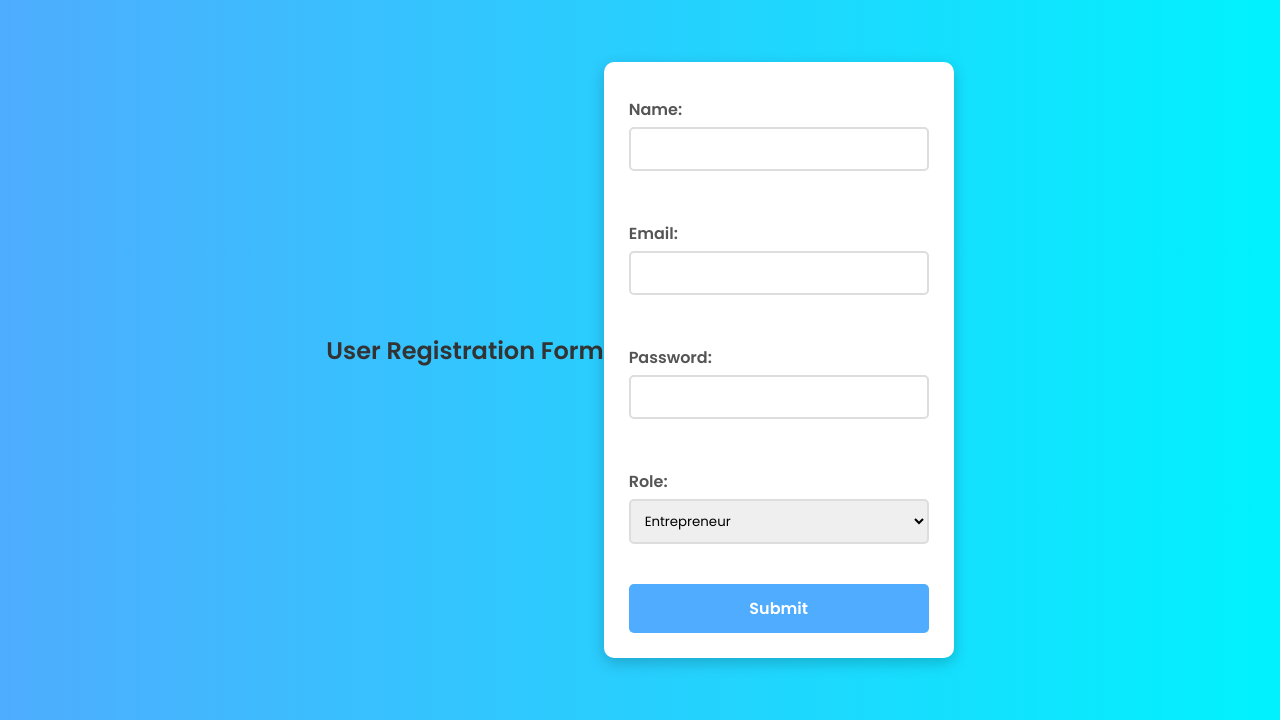
Repository: LOGANATHANTECH/single-window-approval-system
Page: singlewindow/singlewindow/src/main/webapp/testligin.html
These files come from the project's save history. The page is drawn as it stood at one moment and after the next save; the edit follows.
The browser window is 1280 px wide. The pictures show the whole page.

Above is the page before, as saved 2025-03-16 17:51:12.

### singlewindow/singlewindow/src/main/webapp/testligin.html
<!DOCTYPE html>
<html lang="en">
<head>
    <meta charset="UTF-8">
    <meta name="viewport" content="width=device-width, initial-scale=1.0">
    <title>User Registration</title>
    <style>
        /* Import Google Font */
@import url('https://fonts.googleapis.com/css2?family=Poppins:wght@300;400;600&display=swap');

* {
    margin: 0;
    padding: 0;
    box-sizing: border-box;
    font-family: 'Poppins', sans-serif;
}

body {
    background: linear-gradient(to right, #4facfe, #00f2fe);
    display: flex;
    justify-content: center;
    align-items: center;
    height: 100vh;
}

/* Form Container */
form {
    background: #ffffff;
    padding: 25px;
    border-radius: 10px;
    box-shadow: 0px 5px 15px rgba(0, 0, 0, 0.2);
    width: 350px;
    text-align: center;
}

/* Form Heading */
h2 {
    margin-bottom: 20px;
    color: #333;
    font-weight: 600;
}

/* Input Fields */
label {
    display: block;
    text-align: left;
    font-weight: 600;
    color: #555;
    margin: 10px 0 5px;
}

input, select {
    width: 100%;
    padding: 10px;
    margin-bottom: 15px;
    border: 2px solid #ddd;
    border-radius: 5px;
    outline: none;
    transition: 0.3s;
}

/* Input Focus Effect */
input:focus, select:focus {
    border-color: #4facfe;
    box-shadow: 0px 0px 5px rgba(79, 172, 254, 0.5);
}

/* Submit Button */
button {
    width: 100%;
    padding: 12px;
    background: #4facfe;
    color: #fff;
    border: none;
    border-radius: 5px;
    font-size: 16px;
    font-weight: 600;
    cursor: pointer;
    transition: 0.3s;
}

button:hover {
    background: #008cfe;
    box-shadow: 0px 5px 10px rgba(0, 140, 254, 0.3);
}

/* Responsive Design */
@media (max-width: 400px) {
    form {
        width: 90%;
    }
}

    </style>
</head>
<body>

    <h2>User Registration Form</h2>

    <form id="userForm">
        <label for="name">Name:</label>
        <input type="text" id="name" name="name" required><br><br>

        <label for="email">Email:</label>
        <input type="email" id="email" name="email" required><br><br>

        <label for="password">Password:</label>
        <input type="password" id="password" name="password" required><br><br>

        <label for="role">Role:</label>
        <select id="role" name="role" required>
            <option value="ENTREPRENEUR">Entrepreneur</option>
            <option value="GOVERNMENT_OFFICIAL">Government Official</option>
            <option value="ADMIN">Admin</option>
        </select><br><br>

        <button type="submit">Submit</button>
    </form>

    <script>
        document.getElementById("userForm").addEventListener("submit", function(event) {
            event.preventDefault(); // Prevent form reload

            // Get form values
            const name = document.getElementById("name").value;
            const  email = document.getElementById("email").value;
            const password = document.getElementById("password").value;
            const role = document.getElementById("role").value;

            // Create a JSON object
            const userData = {
                name: name,
                email: email,
                password: password,
                role: role
            };

            // Send data to the API
            fetch("http://localhost:8080/user", {
                method: "POST",
                headers: {
                    "Content-Type": "application/json"
                },
                body: JSON.stringify(userData)
            })
            .then(response => response.json())
            .then(data => {
                alert("User registered successfully!");
                console.log("Success:", data);
            })
            .catch(error => {
                alert("Error registering user.");
                console.error("Error:", error);
            });
        });
    </script>

</body>
</html>

After the next save:
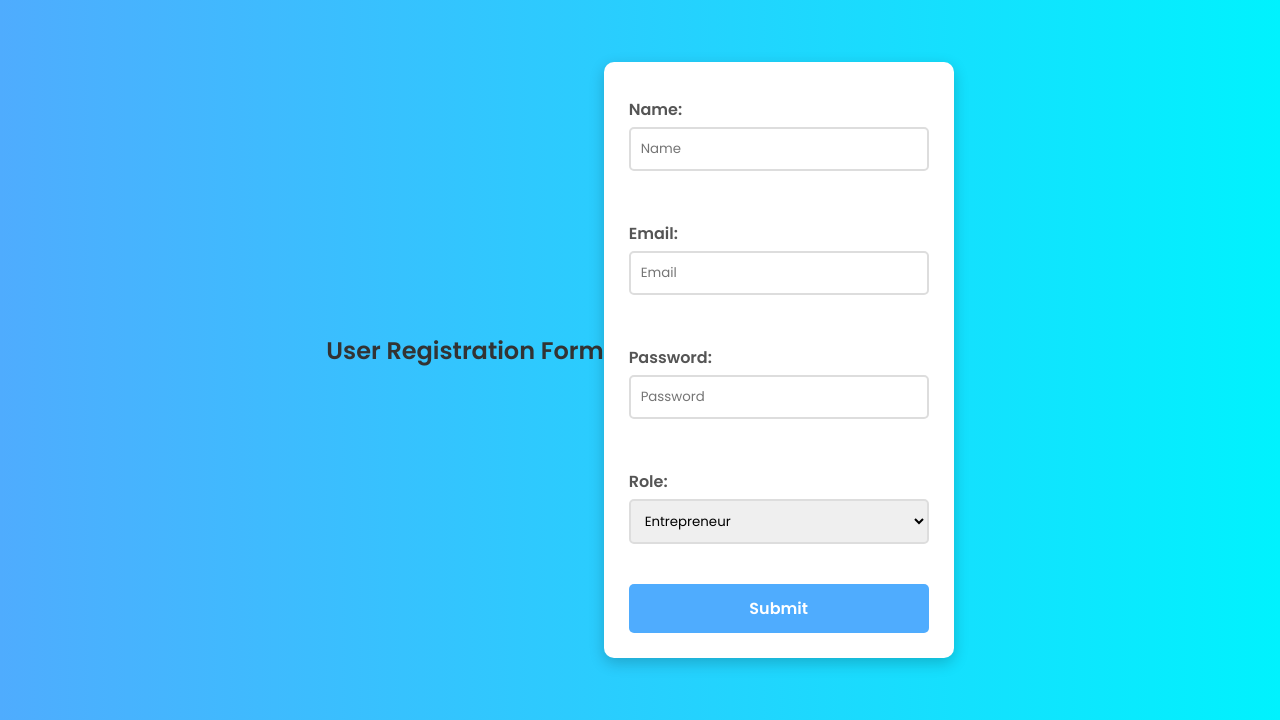
Saved 5 min 1 s later.
--- a/singlewindow/singlewindow/src/main/webapp/testligin.html
+++ b/singlewindow/singlewindow/src/main/webapp/testligin.html
@@ -99,16 +99,16 @@ button:hover {
 
     <form id="userForm">
         <label for="name">Name:</label>
-        <input type="text" id="name" name="name" required><br><br>
+        <input type="text" id="name" name="name" placeholder="Name" required><br><br>
 
         <label for="email">Email:</label>
-        <input type="email" id="email" name="email" required><br><br>
+        <input type="email" id="email" name="email" placeholder="Email" required><br><br>
 
         <label for="password">Password:</label>
-        <input type="password" id="password" name="password" required><br><br>
+        <input type="password" id="password" name="password" placeholder="Password"required><br><br>
 
         <label for="role">Role:</label>
-        <select id="role" name="role" required>
+        <select id="role" name="role" placeholder="Palease Select" required>
             <option value="ENTREPRENEUR">Entrepreneur</option>
             <option value="GOVERNMENT_OFFICIAL">Government Official</option>
             <option value="ADMIN">Admin</option>
